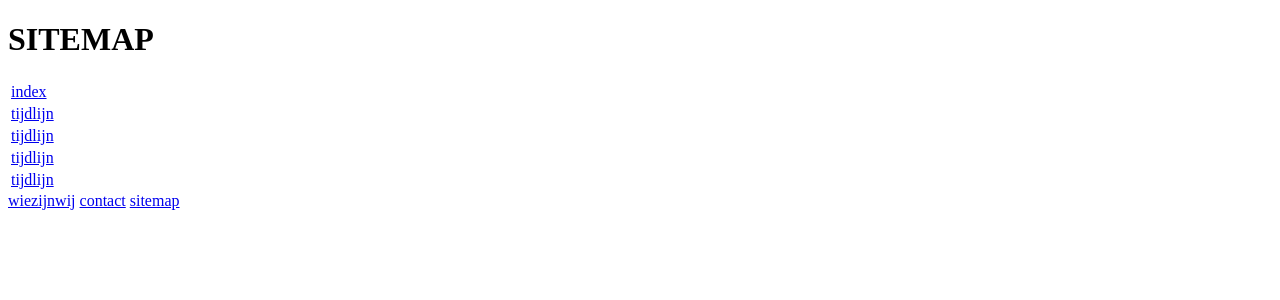
Repository: w1-knippenbergluuk/Applicatieontwikkelaar-2015-2016
Page: http://localhost/sitemap.php
The author's editor kept a record of every edit. The page is drawn from the files as they stood at one moment, then again after the next edit.
The browser window is 1280 px wide. The pictures show the whole page.
The page is run by PHP 8.4 with error messages shown; the project is at /var/www/html/.

Above is the page before.

### Luuk/Periode1/Project/sitemap.php
<!DOCTYPE html>

<html>
    <head>
        <title>Wie Zijn wij</title>
    </head>
    <body>
        <h1>SITEMAP </h1>
        <table>
            <tr>
                <td><a href="index.php">index</a></td>
            </tr>
            <tr>
                <td><a href="tijdlijn.php">tijdlijn</a></td>
            </tr>
            <tr>
                <td><a href="tijdlijn.php">tijdlijn</a></td>
            </tr>
            <tr>
                <td><a href="tijdlijn.php">tijdlijn</a></td>
            </tr>
            <tr>
                <td><a href="tijdlijn.php">tijdlijn</a></td>
            </tr>
        </table>


        <a href="wiezijnwij.php">wiezijnwij</a>
        <a href="contact.php">contact</a>
        <a href="sitemap.php">sitemap</a>
    </body>
</html>

After the next edit:
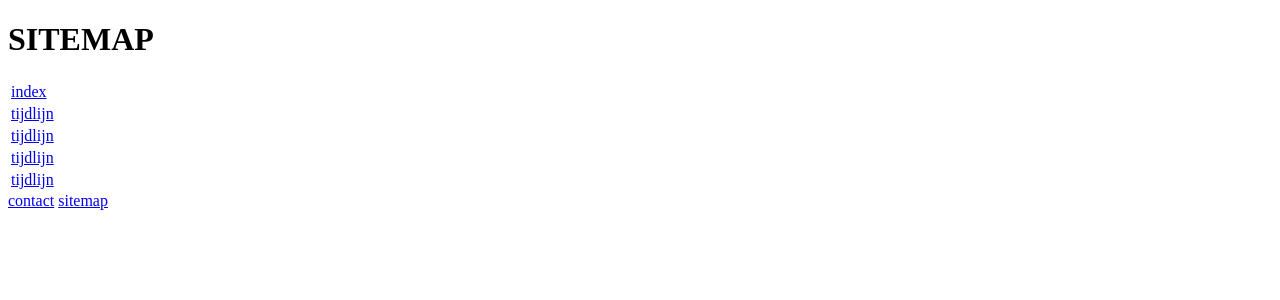
The edit:
--- a/Luuk/Periode1/Project/sitemap.php
+++ b/Luuk/Periode1/Project/sitemap.php
@@ -25,7 +25,7 @@
         </table>
 
 
-        <a href="wiezijnwij.php">wiezijnwij</a>
+
         <a href="contact.php">contact</a>
         <a href="sitemap.php">sitemap</a>
     </body>
